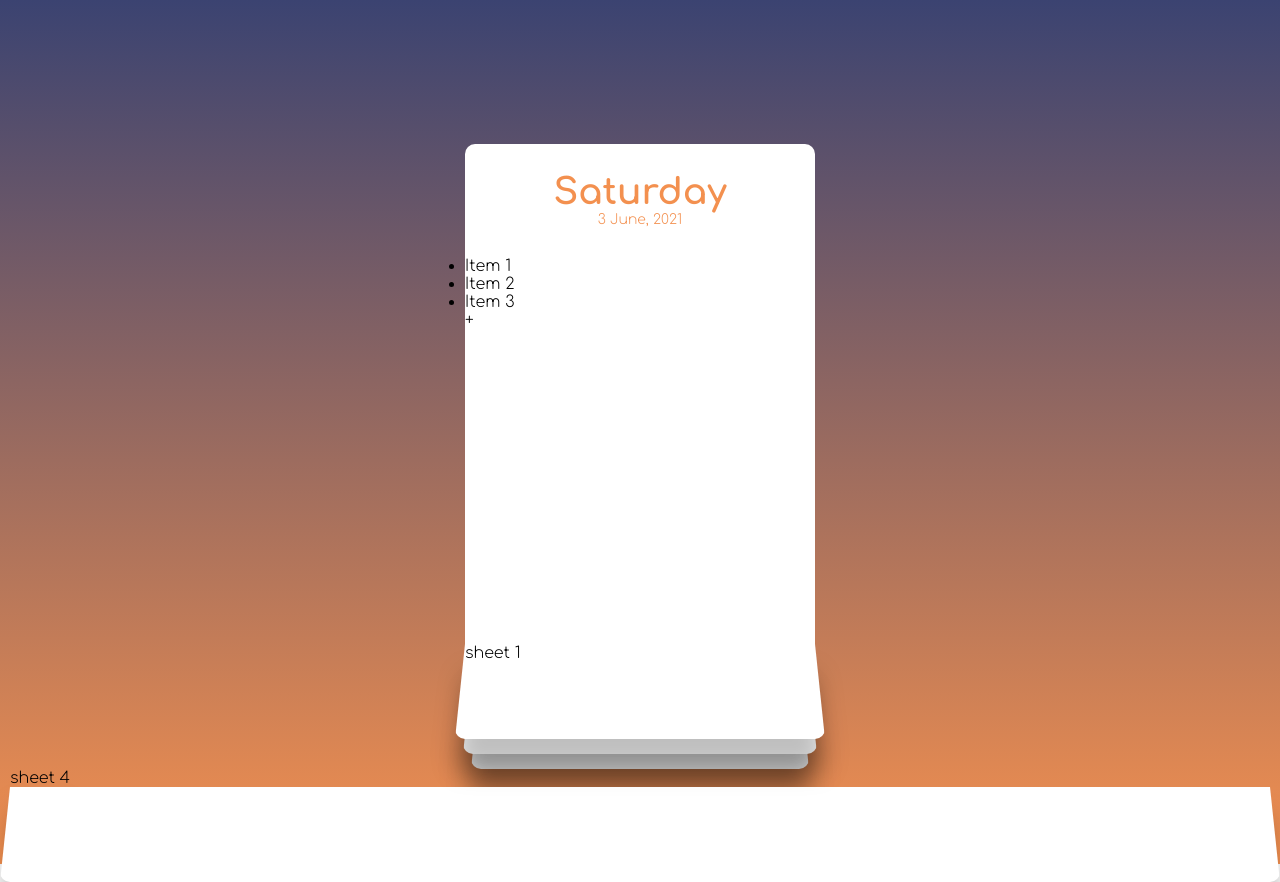
Repository: Colo-Codes/mini-projects
Page: todo-app/index.html
An editor plug-in stored every save of this project. The page is shown before and after the next save, followed by the edit.
The browser window is 1280 px wide. The pictures show the whole page.

Above is the page before, as saved 2021-07-04 11:50:24.

### todo-app/index.html
<!DOCTYPE html>
<html lang="en">
    <head>
        <meta charset="UTF-8" />
        <meta http-equiv="X-UA-Compatible" content="IE=edge" />
        <meta name="viewport" content="width=device-width, initial-scale=1.0" />
        <link rel="stylesheet" href="./css/index.css" />
        <title>Mini-Project - ToDo app</title>
    </head>
    <body>
        <div class="changing-background">
            <main class="todo">
                <section id="todo--header">
                    <header>Saturday</header>
                    <p>3 June, 2021</p>
                </section>
                <section id="todo--tasks-list">
                    <ul>
                        <li class="todo--tasks-list--item">Item 1</li>
                        <li class="todo--tasks-list--item">Item 2</li>
                        <li class="todo--tasks-list--item">Item 3</li>
                    </ul>
                </section>
                <section id="todo--footer">
                    <p>+</p>
                </section>
            </main>
            <div id="sheet-1-3d">sheet 1</div>
            <div id="sheet-2-3d">sheet 2</div>
            <div id="sheet-3-3d">sheet 3</div>
            <div id="sheet-4-3d">sheet 4</div>
        </div>
    </body>
</html>

### todo-app/css/index.css
@import url('https://fonts.googleapis.com/css2?family=Comfortaa:wght@300;700&display=swap');

/* Initial reset */

html {
    box-sizing: border-box;
    font-size: 16px;
}

*,
*:before,
*:after {
    box-sizing: inherit;
    margin: 0;
    padding: 0;
    /*outline: 1px dashed blue; /* Debugging purposes */
}

body {
    font-family: 'Comfortaa', cursive;
    background: #f3904f; /* fallback for old browsers */
    background: -webkit-linear-gradient(
        to bottom,
        #3b4371,
        #f3904f
    ); /* Chrome 10-25, Safari 5.1-6 */
    background: linear-gradient(
        to bottom,
        #3b4371,
        #f3904f
    ); /* W3C, IE 10+/ Edge, Firefox 16+, Chrome 26+, Opera 12+, Safari 7+ */
    background-repeat: no-repeat;
    background-size: cover;
    height: 100vh;
}

.todo {
    margin: auto;
    margin-top: 20vh;
    width: 350px;
    height: 500px;
    background-color: white;
    border-radius: 10px 10px 0 0;
}

div [id^='sheet-'] {
    margin: auto;
    border-radius: 0 0 10px 10px;
    -webkit-filter: drop-shadow(0px 30px 12px rgba(0, 0, 0, 0.25));
    filter: drop-shadow(0px 30px 12px rgba(0, 0, 0, 0.25));
    -ms-filter: "progid:DXImageTransform.Microsoft.Dropshadow(OffX=0, OffY=30, Color='#444')";
    filter: "progid:DXImageTransform.Microsoft.Dropshadow(OffX=0, OffY=30, Color='#444')";
    /* trapezoidal shape */
    border-bottom: 95px solid white;
    border-left: 10px solid transparent;
    border-right: 10px solid transparent;
}
#sheet-1-3d {
    width: 370px;
    height: 95px;
    margin: auto;
    border-radius: 0 0 10px 10px;

    position: relative;
    z-index: 1;
}
#sheet-2-3d {
    width: 354px;
    height: 95px;
    margin: auto;
    margin-top: -80px;
    border-radius: 0 0 10px 10px;
    position: relative;
    z-index: -1;
}
#sheet-3-3d {
    width: 338px;
    height: 95px;
    margin: auto;
    margin-top: -80px;
    border-radius: 0 0 10px 10px;
    position: relative;
    z-index: -2;
}

#todo--header header {
    padding-top: 1.75rem;
    font-size: 2.25rem;
    font-weight: 700;
    text-align: center;
    color: #f3904f;
}

#todo--header p {
    font-size: 0.875rem;
    text-align: center;
    color: #f3904f;
}

#todo--tasks-list {
    margin-top: 1.875rem;
}

After the next save:
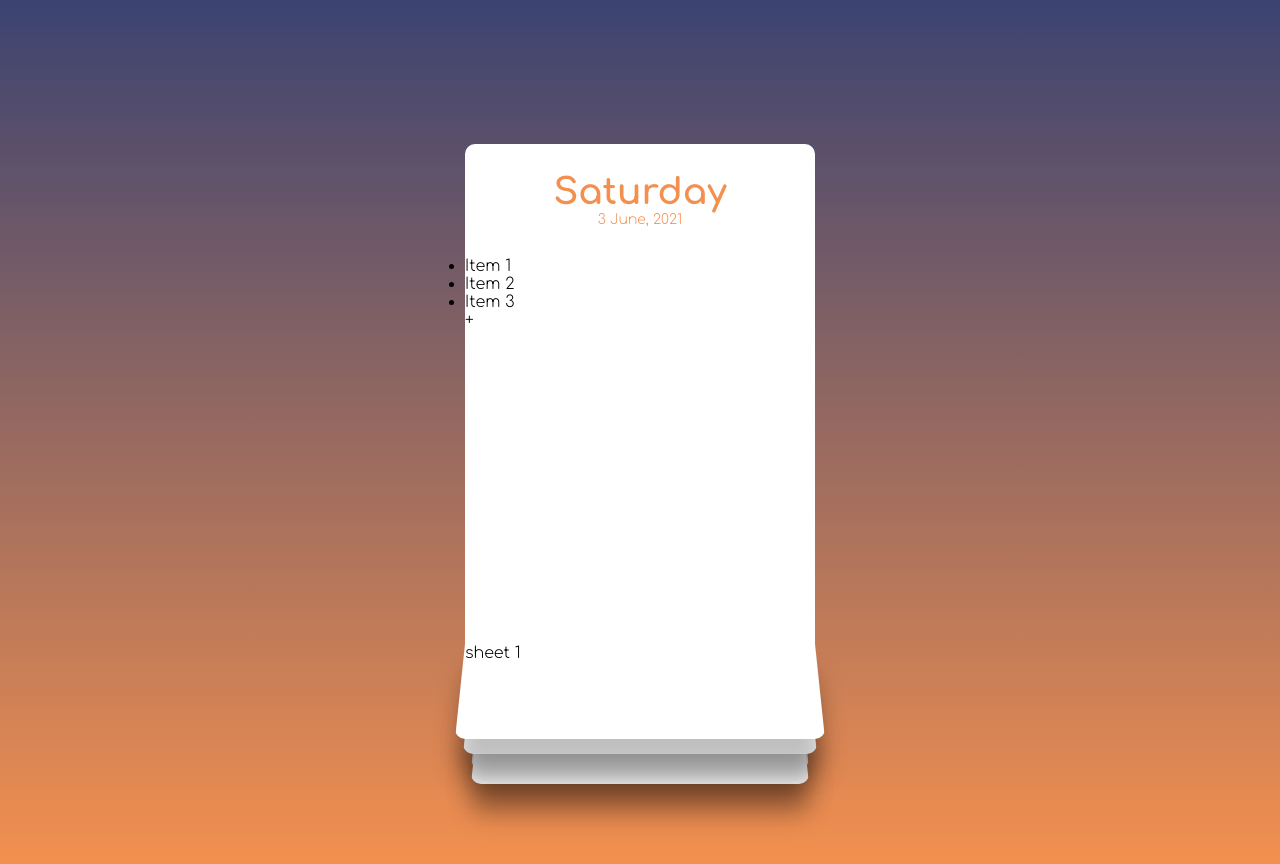
Saved 34 s later.
--- a/todo-app/css/index.css
+++ b/todo-app/css/index.css
@@ -82,6 +82,15 @@ div [id^='sheet-'] {
     position: relative;
     z-index: -2;
 }
+#sheet-4-3d {
+    width: 338px;
+    height: 95px;
+    margin: auto;
+    margin-top: -80px;
+    border-radius: 0 0 10px 10px;
+    position: relative;
+    z-index: -2;
+}
 
 #todo--header header {
     padding-top: 1.75rem;
